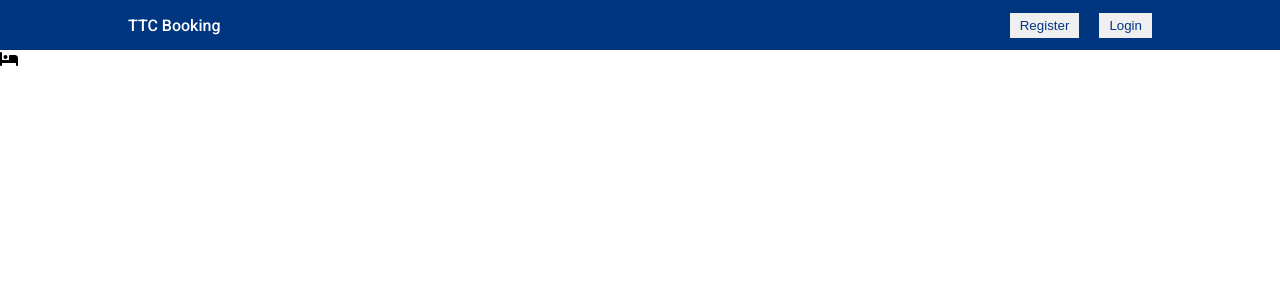
Repository: CarsonDev1/booking-app
Page: /
These files come from the project's save history. The page is drawn as it stood at one moment and after the next save; the edit follows.
The browser window is 1280 px wide. The pictures show the whole page.
The project was rebuilt for these pictures with package versions that can differ from the ones it lists, and the page was loaded fresh each time. Also part of the build but not shown: src/components/header/header.css, src/pages/home/home.css, src/pages/hotel/Hotel.jsx, src/pages/list/List.jsx.

Above is the page before, as saved 2022-12-03 00:24:00.

### public/index.html
<!DOCTYPE html>
<html lang="en">

<head>
  <meta charset="utf-8" />
  <link rel="icon" href="%PUBLIC_URL%/favicon.ico" />
  <meta name="viewport" content="width=device-width, initial-scale=1" />
  <meta name="theme-color" content="#000000" />
  <meta name="description" content="Web site created using create-react-app" />
  <link rel="apple-touch-icon" href="%PUBLIC_URL%/logo192.png" />
  <!--
      manifest.json provides metadata used when your web app is installed on a
      user's mobile device or desktop. See https://developers.google.com/web/fundamentals/web-app-manifest/
    -->
  <link rel="manifest" href="%PUBLIC_URL%/manifest.json" />
  <link rel="preconnect" href="https://fonts.googleapis.com">
  <link rel="preconnect" href="https://fonts.gstatic.com" crossorigin>
  <link
    href="https://fonts.googleapis.com/css2?family=Poppins:ital,wght@0,400;0,500;0,600;0,700;0,800;1,400;1,500;1,600;1,700&family=Roboto:ital,wght@0,300;0,400;0,500;0,700;1,300;1,400;1,500;1,700&display=swap"
    rel="stylesheet">
  <!--
      Notice the use of %PUBLIC_URL% in the tags above.
      It will be replaced with the URL of the `public` folder during the build.
      Only files inside the `public` folder can be referenced from the HTML.

      Unlike "/favicon.ico" or "favicon.ico", "%PUBLIC_URL%/favicon.ico" will
      work correctly both with client-side routing and a non-root public URL.
      Learn how to configure a non-root public URL by running `npm run build`.
    -->
  <title>React App</title>
</head>

<body>
  <noscript>You need to enable JavaScript to run this app.</noscript>
  <div id="root"></div>
  <!--
      This HTML file is a template.
      If you open it directly in the browser, you will see an empty page.

      You can add webfonts, meta tags, or analytics to this file.
      The build step will place the bundled scripts into the <body> tag.

      To begin the development, run `npm start` or `yarn start`.
      To create a production bundle, use `npm run build` or `yarn build`.
    -->
</body>

</html>

### src/index.css
body {
	margin: 0;
	padding: 0;
	box-sizing: border-box;
	font-family: "Roboto", sans-serif;
}

### src/App.js
import { BrowserRouter, Routes, Route } from "react-router-dom";
import Home from "./pages/home/Home";
import Hotel from "./pages/hotel/Hotel";
import List from "./pages/list/List";
function App() {
	return (
		<BrowserRouter>
			<Routes>
				<Route path="/" element={<Home />} />
				<Route path="/hotels" element={<List />} />
				<Route path="/hotels/:id" element={<Hotel />} />
			</Routes>
		</BrowserRouter>
	);
}

export default App;

### src/pages/home/Home.jsx
import Header from "../../components/header/Header";
import Navbar from "../../components/navbar/Navbar";
import "./home.css";

const Home = () => {
	return (
		<div>
			<Navbar />
			<Header />
		</div>
	);
};

export default Home;

### src/components/header/Header.jsx
import { faBed } from "@fortawesome/free-solid-svg-icons";
import { FontAwesomeIcon } from "@fortawesome/react-fontawesome";
import "./header.css";

const Header = () => {
	return (
		<div className="header">
			<div className="headerList">
				<div className="headerListItem">
					<FontAwesomeIcon icon={faBed} />
				</div>
			</div>
		</div>
	);
};

export default Header;

### src/components/navbar/Navbar.jsx
import "./navbar.css";

const NavBar = () => {
	return (
		<div className="navbar">
			<div className="navContainer">
				<span className="logo">TTC Booking</span>
				<div className="navItems">
					<button className="navButton">Register</button>
					<button className="navButton">Login</button>
				</div>
			</div>
		</div>
	);
};

export default NavBar;

### src/components/navbar/navbar.css
.navbar {
	height: 50px;
	background-color: #003580;
	display: flex;
	justify-content: center;
}
.navContainer {
	width: 100%;
	max-width: 1024px;
	color: white;
	display: flex;
	align-items: center;
	justify-content: space-between;
}
.logo {
	font-weight: 500;
}
.navButton {
	margin-left: 20px;
	border: none;
	padding: 5px 10px;
	cursor: pointer;
	color: #003580;
}

Loaded but not shown: src/index.js (common file)

After the next save:
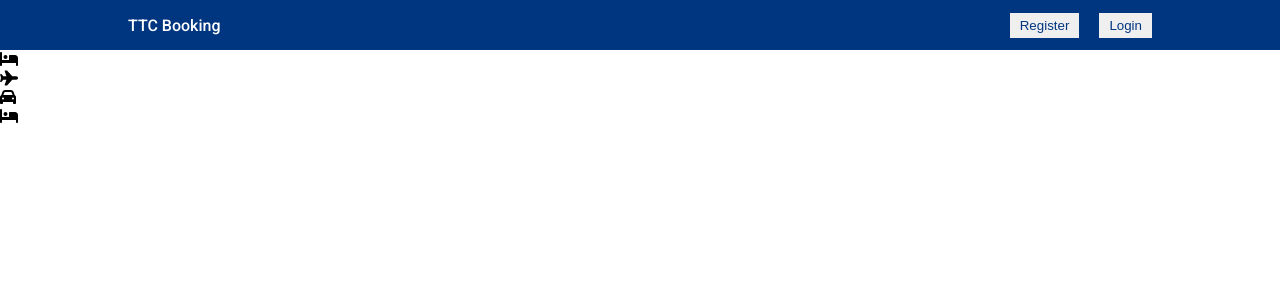
Saved 2 min 30 s later.
--- a/src/components/header/Header.jsx
+++ b/src/components/header/Header.jsx
@@ -1,4 +1,4 @@
-import { faBed } from "@fortawesome/free-solid-svg-icons";
+import { faBed, faCar, faPlane } from "@fortawesome/free-solid-svg-icons";
 import { FontAwesomeIcon } from "@fortawesome/react-fontawesome";
 import "./header.css";
 
@@ -9,6 +9,15 @@ const Header = () => {
 				<div className="headerListItem">
 					<FontAwesomeIcon icon={faBed} />
 				</div>
+				<div className="headerListItem">
+					<FontAwesomeIcon icon={faPlane} />
+				</div>
+				<div className="headerListItem">
+					<FontAwesomeIcon icon={faCar} />
+				</div>
+				<div className="headerListItem">
+					<FontAwesomeIcon icon={faBed} />
+				</div>
 			</div>
 		</div>
 	);
